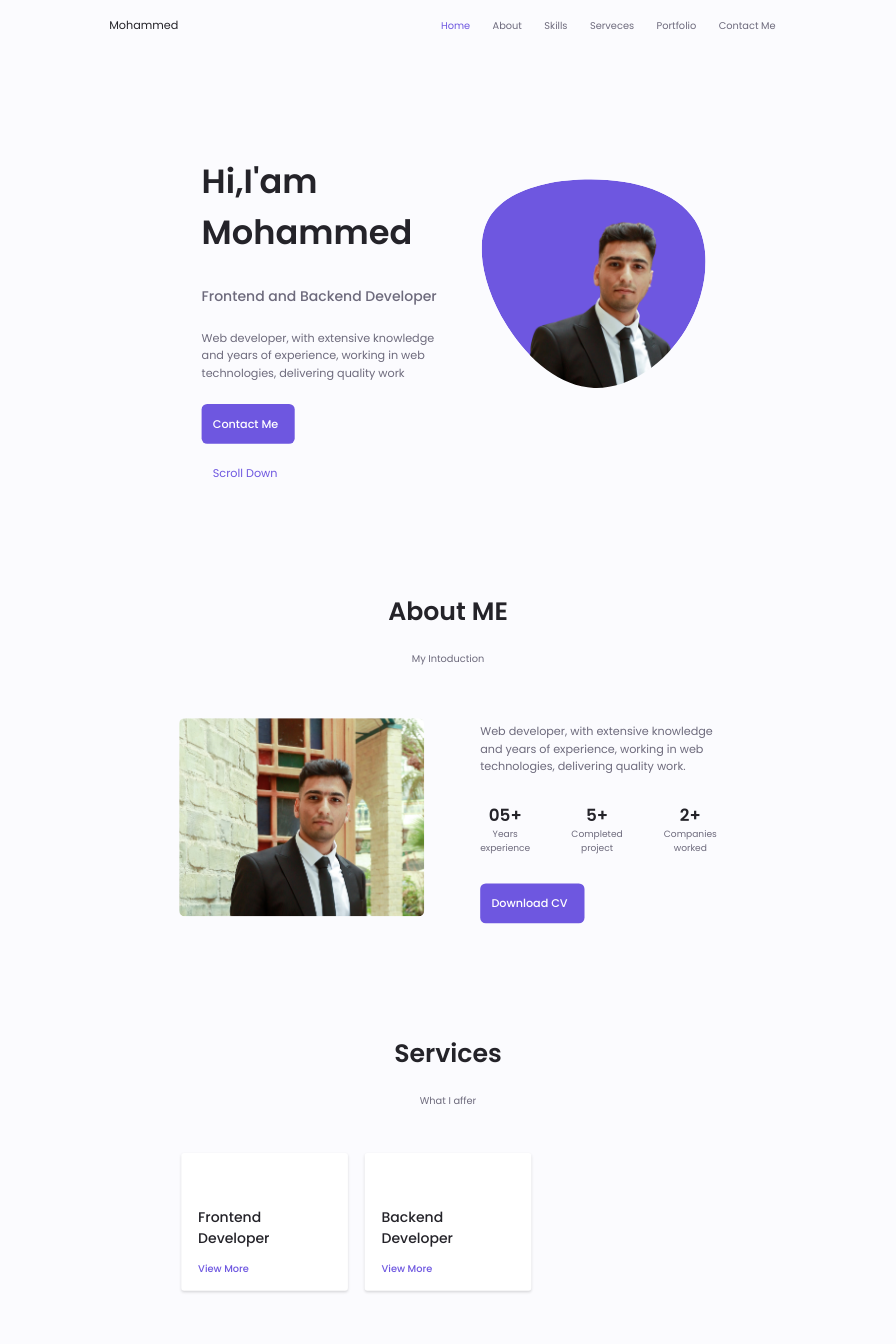
Repository: MohammedKhairi/Profile
Page: index.html
The author's editor kept a copy of each file at every save. The page is drawn from the files as they stood at one save, then again after the next save.
The browser window is 1280 px wide. The pictures show the part of the page from y = 0 to 1920 px (the page is 4117 px tall), at 70% of full size.
Some icons come from a web library that is not loaded, so they are not drawn.

Above is the page before, as saved 2024-01-08 10:27:56.

After the next save:
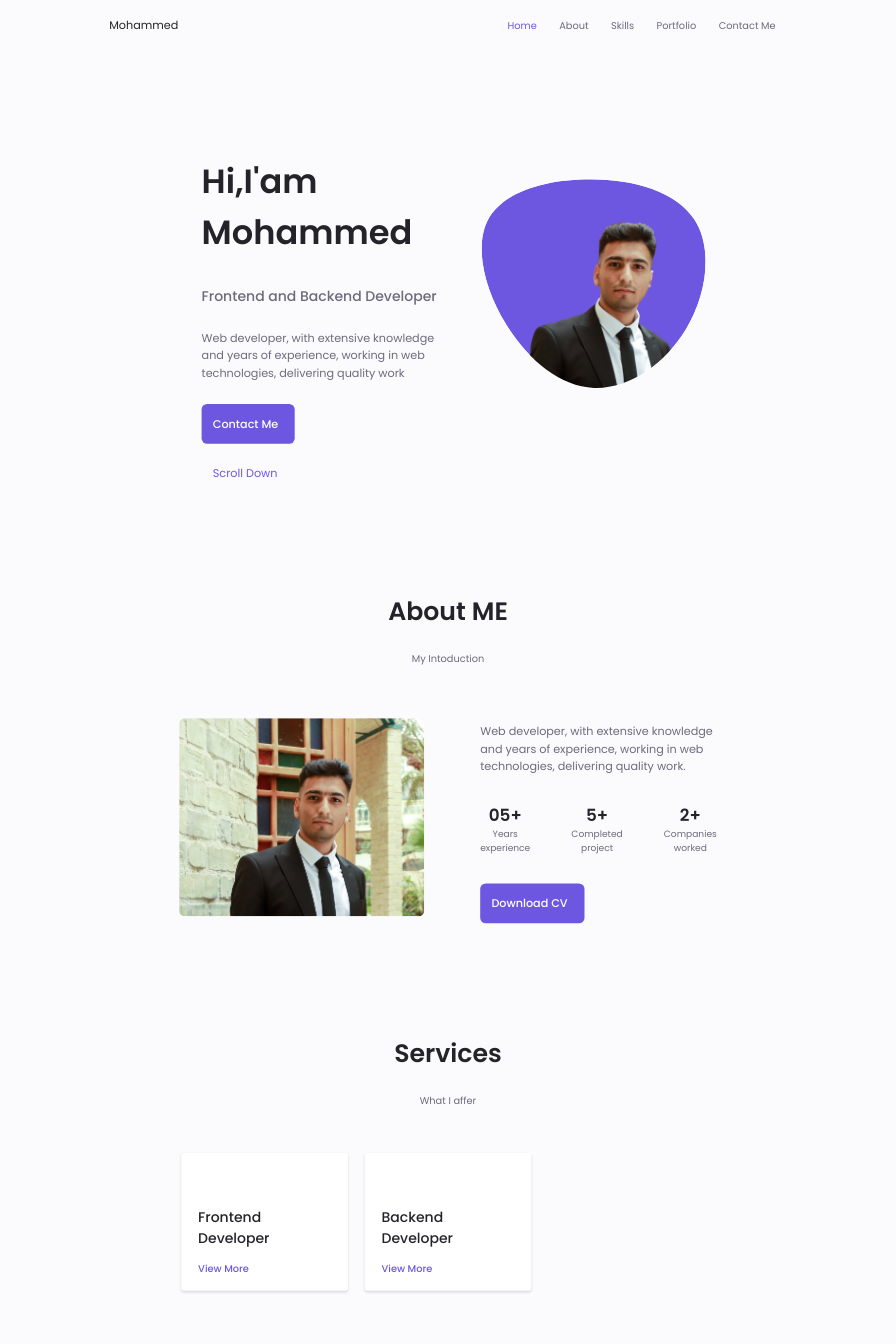
Console error: TypeError: Cannot read properties of null (reading 'classList')
Saved 5 s later.
--- a/index.html
+++ b/index.html
@@ -33,11 +33,6 @@
                 <li class="nav__item">
                     <a href="#skills" class="nav__link">
                         <i class="uil uil-file-alt nav__icon"></i>Skills
-                    </a>
-                </li>
-                <li class="nav__item">
-                    <a href="#services" class="nav__link">
-                        <i class="uil uil-briefcase-alt nav__icon"></i>Serveces
                     </a>
                 </li>
                 <li class="nav__item">

After the 4 saves that followed:
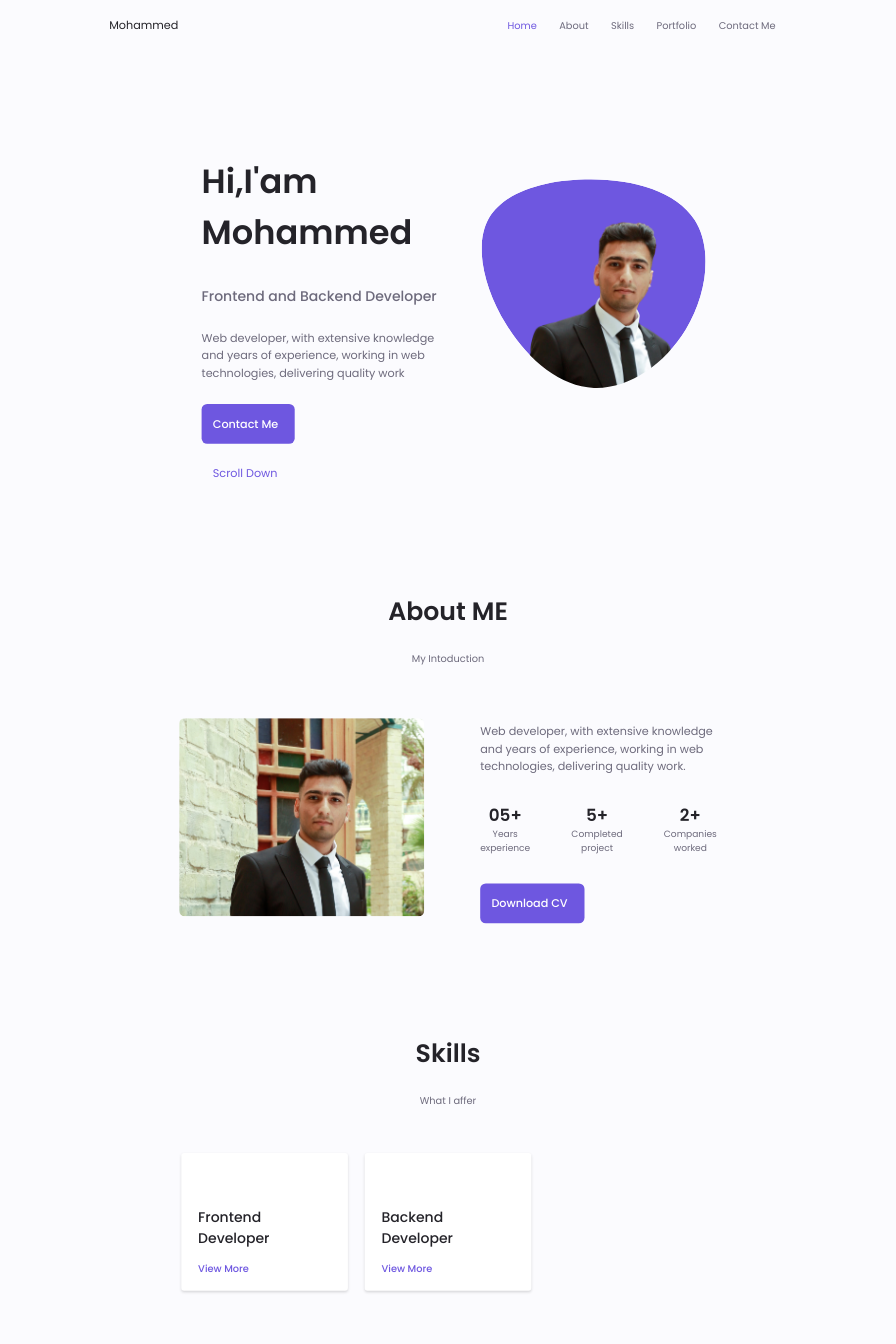
The error is gone.
The 4 saves are shown as one change because they came seconds apart.
The last was saved 17 s later.
--- a/index.html
+++ b/index.html
@@ -148,9 +148,9 @@
 
 </section>
 
-<!--==================== SERVICES ====================-->
-<section class="services section" id="services">
-    <h2 class="section__title">Services</h2>
+<!--==================== skills ====================-->
+<section class="skills section" id="skills">
+    <h2 class="section__title">Skills</h2>
     <span class="section__subtitle">What I affer</span>
     <div class="services__container container grid">
         <!--==== SERVICES 1 ====-->
